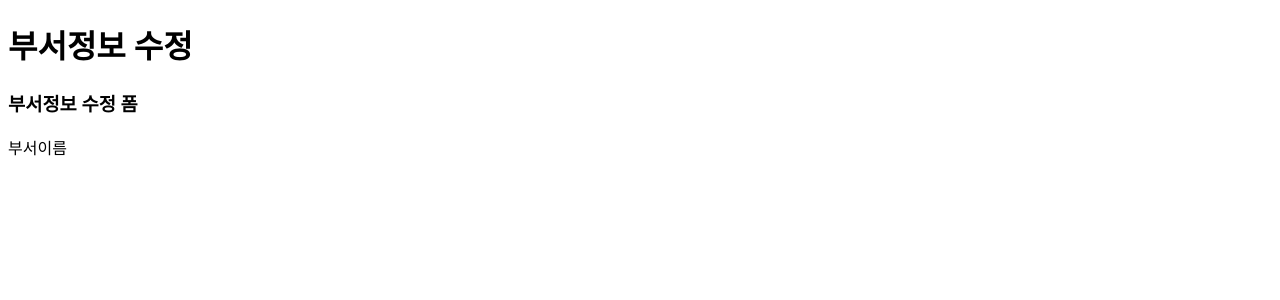
Repository: onuo77/ja_HTA
Page: http://localhost/sample/hr/dept/modifyform.jsp
These files come from the project's save history. The page is drawn as it stood at one moment and after the next save; the edit follows.
The browser window is 1280 px wide. The pictures show the whole page.
The page is served by Tomcat 9. Other server files are loaded and not shown.

Above is the page before, as saved 2021-05-24 01:44:58.

### java-web/sample/src/main/webapp/hr/dept/modifyform.jsp
<%@ page language="java" contentType="text/html; charset=UTF-8"
    pageEncoding="UTF-8"%>
<!DOCTYPE html>
<html>
<head>
<meta charset="UTF-8">
<title>인사관리 :: 부서관리</title>
</head>
<body>
	<h1>부서정보 수정</h1>

	<h3>부서정보 수정 폼</h3>
	<form action="">
		<label>부서이름</label>
	</form>
</body>
</html>

After the next save:
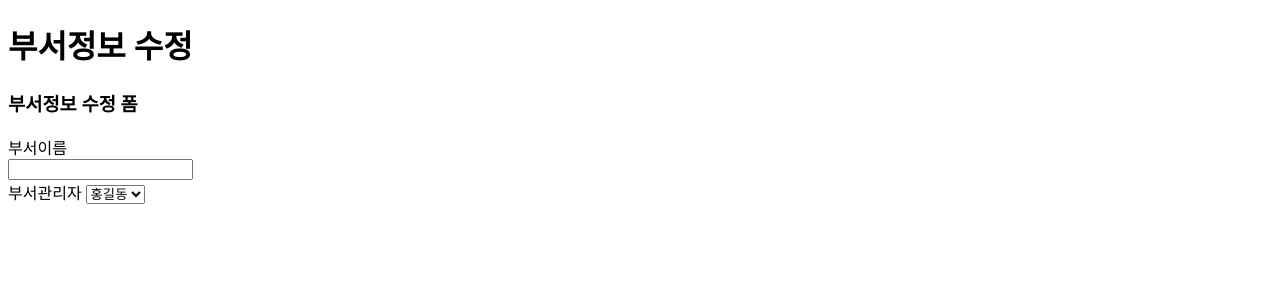
Saved 2 min 37 s later.
--- a/java-web/sample/src/main/webapp/hr/dept/modifyform.jsp
+++ b/java-web/sample/src/main/webapp/hr/dept/modifyform.jsp
@@ -11,7 +11,12 @@
 
 	<h3>부서정보 수정 폼</h3>
 	<form action="">
-		<label>부서이름</label>
+		<label>부서이름</label><br/>
+		<input type="text" name="deptName" /><br/>
+		<label>부서관리자</label>
+		<select name="managerId">
+			<option value="">홍길동</option>
+		</select>
 	</form>
 </body>
 </html>
